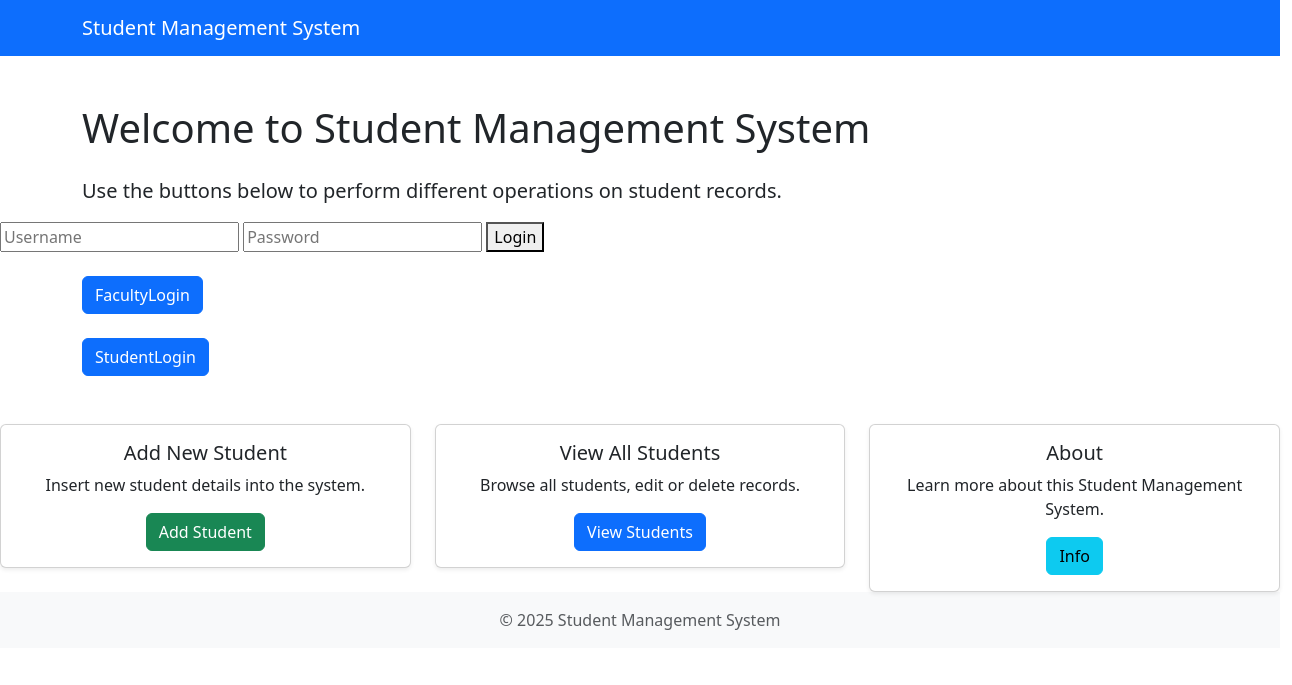
Repository: BorudePiyush/StudentMANAGEMENTSystem-using-java
Page: http://localhost/Student_management_systems/
These files come from the project's save history. The page is drawn as it stood at one moment and after the next save; the edit follows.
The browser window is 1280 px wide. The page is 1292 px wide, so the pictures cover 1292 px, including what lies to the right of the window. The pictures show the whole page.
The page is served by Tomcat 10. Other server files are loaded and not shown.

Above is the page before, as saved 2025-06-07 07:01:44.

### Student management systems/src/main/webapp/index.html
<!DOCTYPE html>
<html lang="en">
<head>
<meta charset="ISO-8859-1">
 <meta charset="UTF-8" />
  <meta name="viewport" content="width=device-width, initial-scale=1" />
  <title>Student Management System - Dashboard</title>
  <link
    href="https://cdn.jsdelivr.net/npm/bootstrap@5.3.2/dist/css/bootstrap.min.css"
    rel="stylesheet"
  />
</head>
<body>
  <nav class="navbar navbar-expand-lg navbar-dark bg-primary">
    <div class="container">
      <a class="navbar-brand" href="#">Student Management System</a>
    </div>
  </nav>

  <div class="container mt-5">
    <h1 class="mb-4">Welcome to Student Management System</h1>
    <p class="lead">
      Use the buttons below to perform different operations on student records.
    </p>
    </div>
    <form action="AdminLogin" method="post">
  <input type="text" name="username" required placeholder="Username" />
  <input type="password" name="password" required placeholder="Password" />
  <button type="submit">Login</button>
</form>

    <div class="container mt-4">
    <a href="FacultyLogin" class="btn btn-primary">FacultyLogin</a>
    </div>
    <div class="container mt-4">
    <a href="StudentLogin" class="btn btn-primary">StudentLogin</a>
    </div>


    <div class="row g-4 mt-4">
      <div class="col-md-4">
        <div class="card shadow-sm">
          <div class="card-body text-center">
            <h5 class="card-title">Add New Student</h5>
            <p class="card-text">Insert new student details into the system.</p>
            <a href="AddStudent.jsp" class="btn btn-success">Add Student</a>
          </div>
        </div>
      </div>

      <div class="col-md-4">
        <div class="card shadow-sm">
          <div class="card-body text-center">
            <h5 class="card-title">View All Students</h5>
            <p class="card-text">Browse all students, edit or delete records.</p>
            <a href="ViewStudentsServlet" class="btn btn-primary">View Students</a>
          </div>
        </div>
      </div>

      <div class="col-md-4">
        <div class="card shadow-sm">
          <div class="card-body text-center">
            <h5 class="card-title">About</h5>
            <p class="card-text">Learn more about this Student Management System.</p>
            <a href="#" class="btn btn-info" onclick="alert('This is a simple Java Servlet + JSP Student Management System project.')">Info</a>
          </div>
        </div>
      </div>
    </div>
  </div>

  <footer class="footer mt-auto py-3 bg-light text-center">
    <div class="container">
      <span class="text-muted">&copy; 2025 Student Management System</span>
    </div>
  </footer>

</body>
</html>

After the next save:
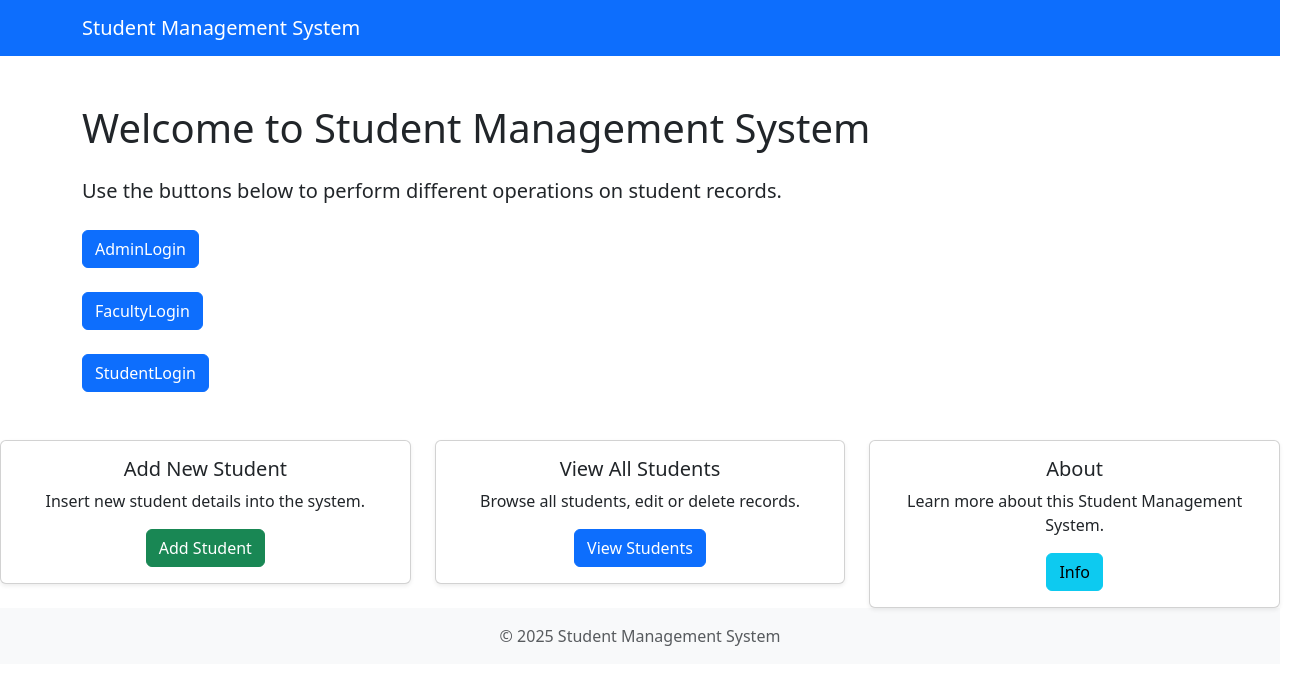
Saved 26 min 24 s later.
--- a/Student management systems/src/main/webapp/index.html
+++ b/Student management systems/src/main/webapp/index.html
@@ -23,12 +23,11 @@
       Use the buttons below to perform different operations on student records.
     </p>
     </div>
-    <form action="AdminLogin" method="post">
-  <input type="text" name="username" required placeholder="Username" />
-  <input type="password" name="password" required placeholder="Password" />
-  <button type="submit">Login</button>
-</form>
 
+
+<div class="container mt-4">
+    <a href="AdminLogin" class="btn btn-primary">AdminLogin</a>
+    </div>
     <div class="container mt-4">
     <a href="FacultyLogin" class="btn btn-primary">FacultyLogin</a>
     </div>
